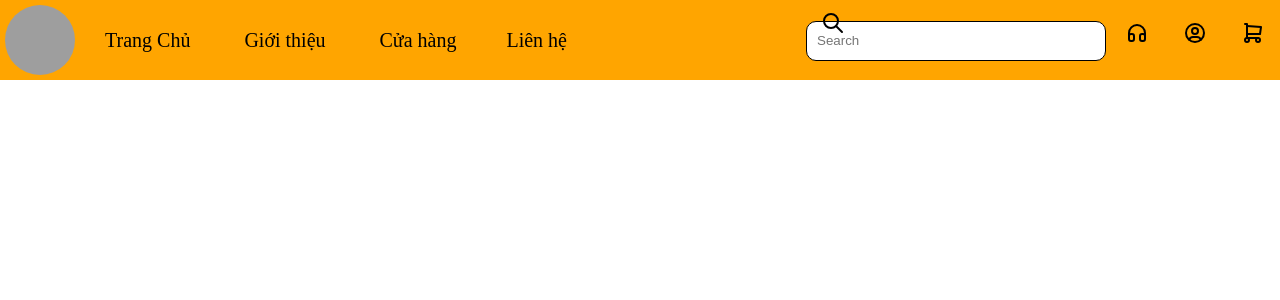
Repository: manhhieu120499/test-page
Page: index.html
The author's editor kept a copy of each file at every save. The page is drawn from the files as they stood at one save, then again after the next save.
The browser window is 1280 px wide. The pictures show the whole page.
Pictures or frames that could not be fetched are drawn as grey boxes.

Above is the page before, as saved 2023-01-11 23:19:37.

After the next save:
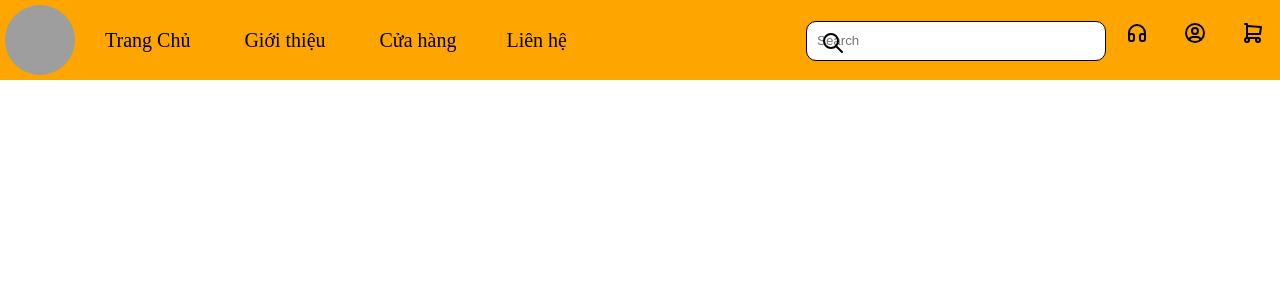
Saved 8 s later.
--- a/style.css
+++ b/style.css
@@ -55,5 +55,5 @@ input {
 .search {
     position: absolute;
     right: 420px;
-    top: -10px;
+    top: 10px;
 }
